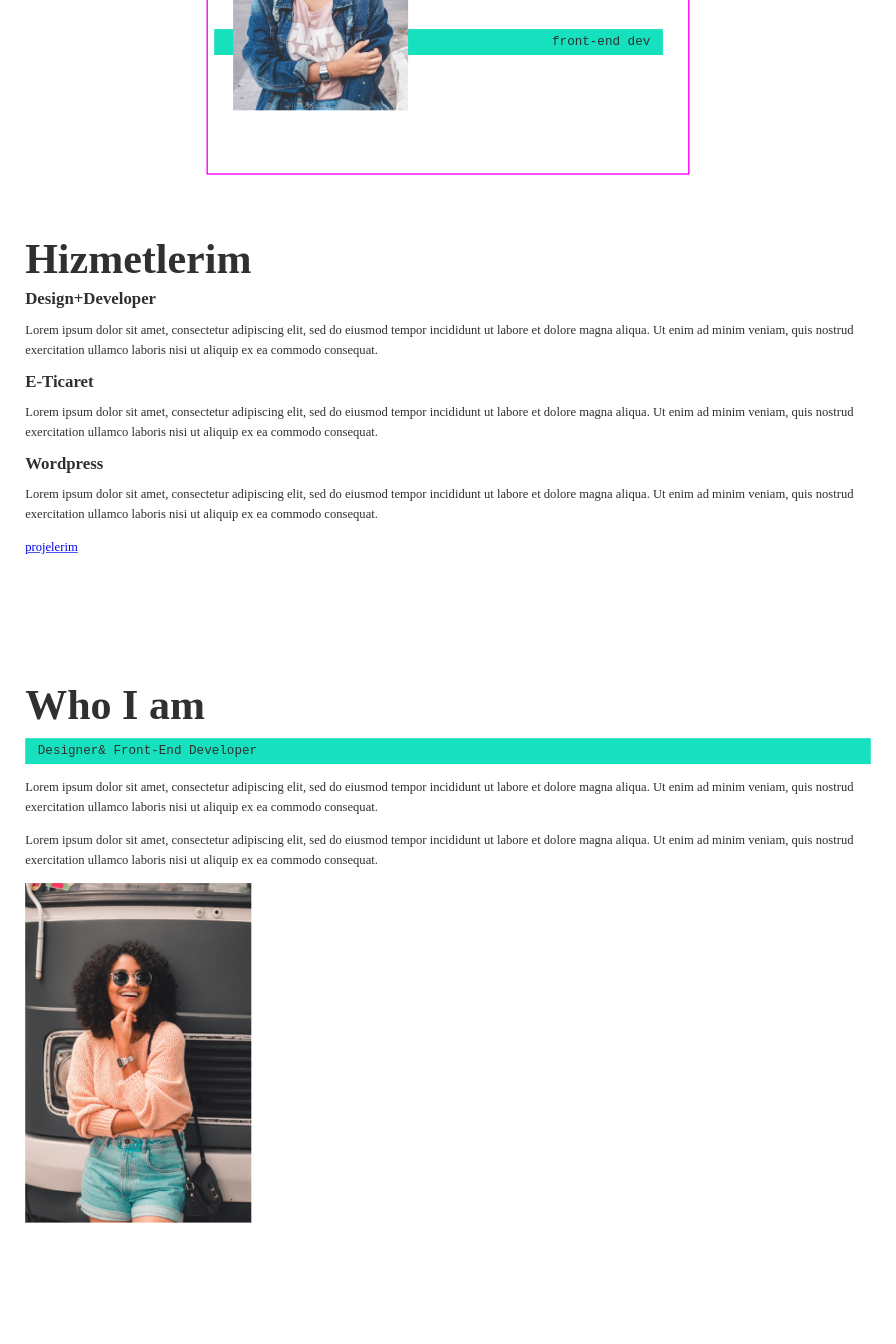
Repository: denizangin/portfolyo
Page: index.html
These files come from the project's save history. The page is drawn as it stood at one moment and after a run of saves; the edit follows.
The browser window is 1280 px wide. The pictures show the part of the page from y = 531 to 2451 px (the page is 5661 px tall before and 5669 px after), at 70% of full size.
A picture or video elsewhere on the page could not be fetched, so the positions and the page height are approximate.

Above is the page before, as saved 2024-08-04 12:57:51.

After the next 2 saves:
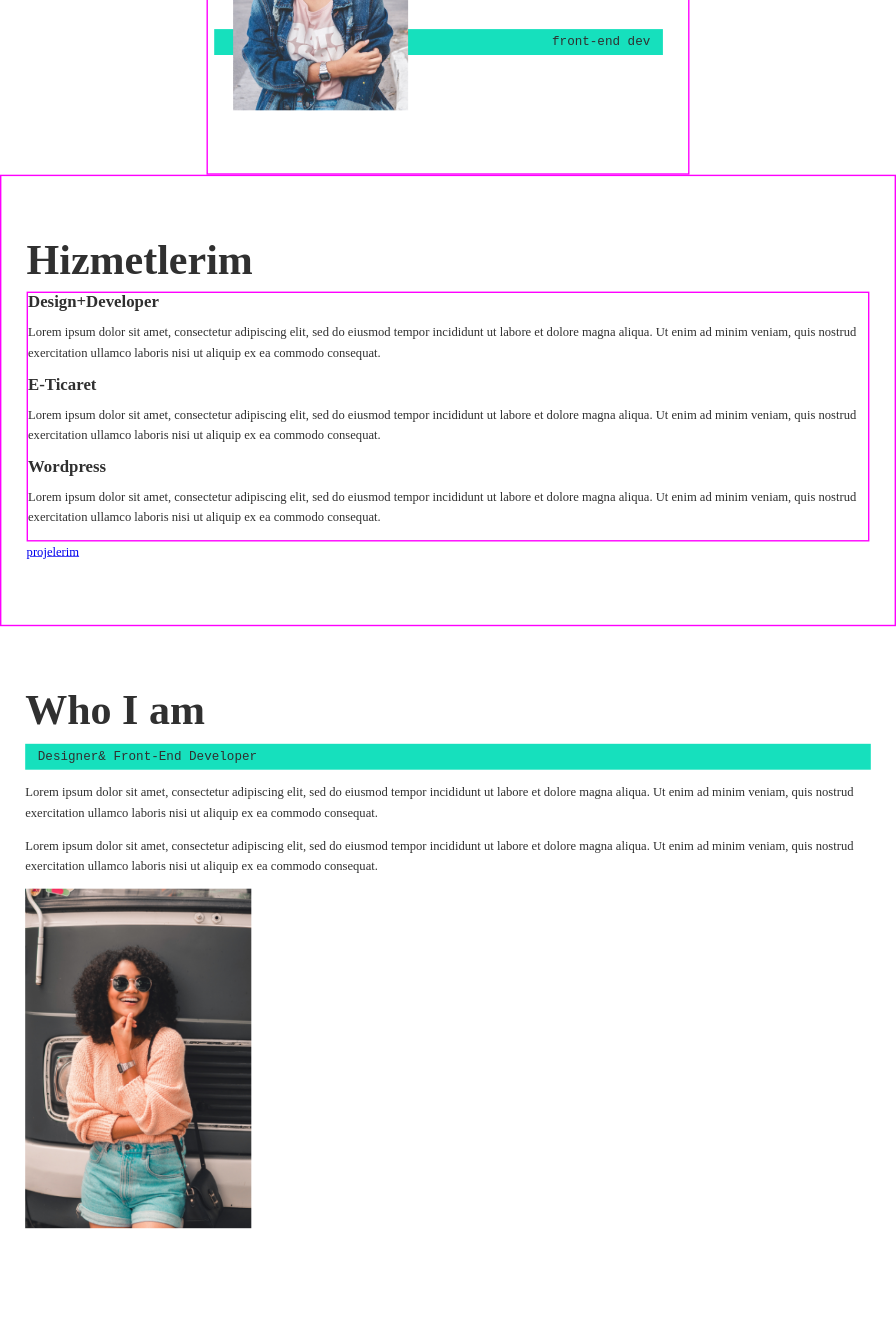
The 2 saves are shown as one change because they came seconds apart.
The last was saved 7 s later.
--- a/style.css
+++ b/style.css
@@ -156,11 +156,10 @@
     margin:0.5em auto 1em;
     background:var(--clr-light)
 
-
 }
 
 .services{
     border:2px solid magenta
-    margin-bottom: 4em;
+
 
 }

After the 2 saves that followed:
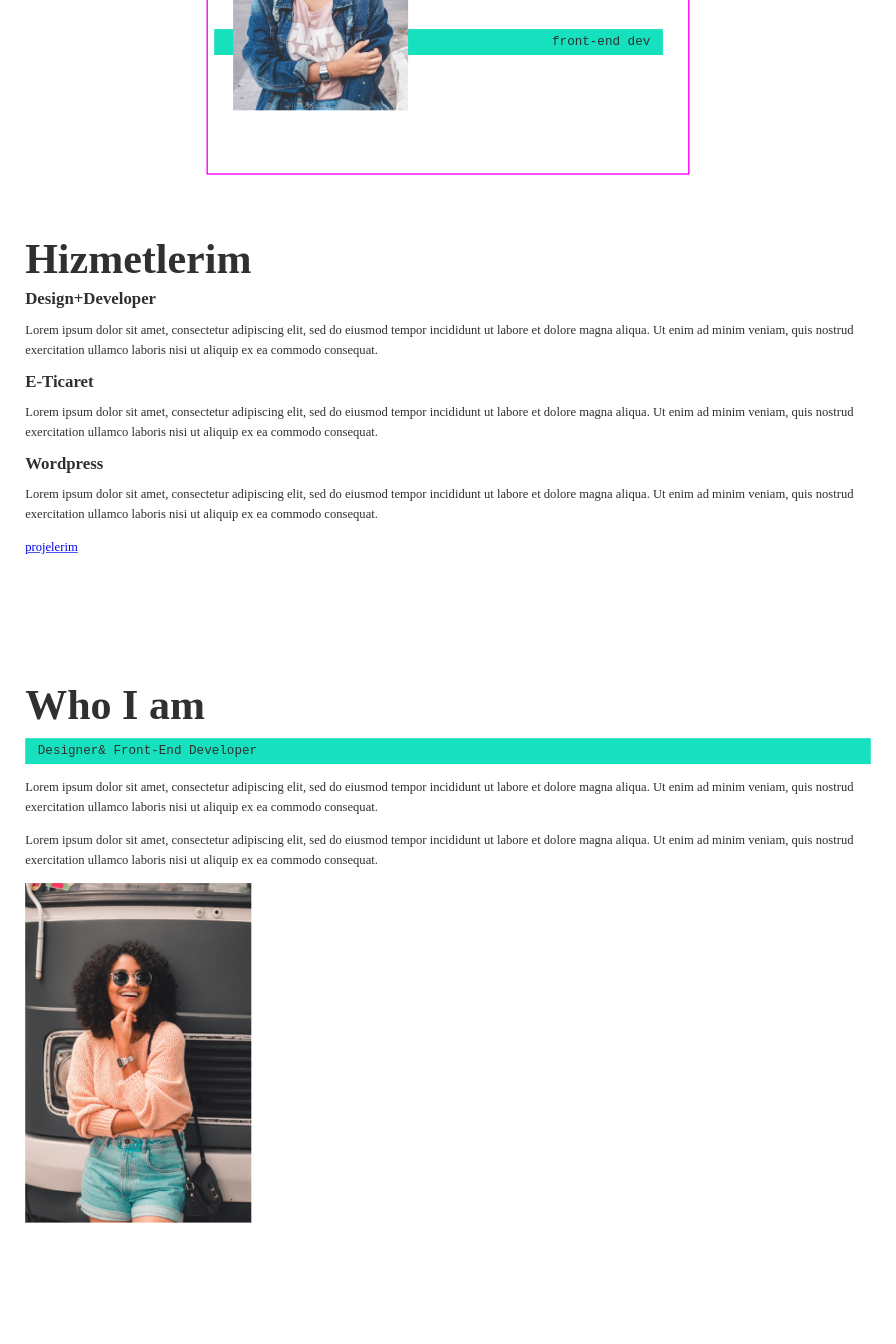
The 2 saves are shown as one change because they came seconds apart.
The last was saved 90 s later.
--- a/style.css
+++ b/style.css
@@ -160,6 +160,6 @@
 
 .services{
     border:2px solid magenta
-
+    backgr
 
 }
